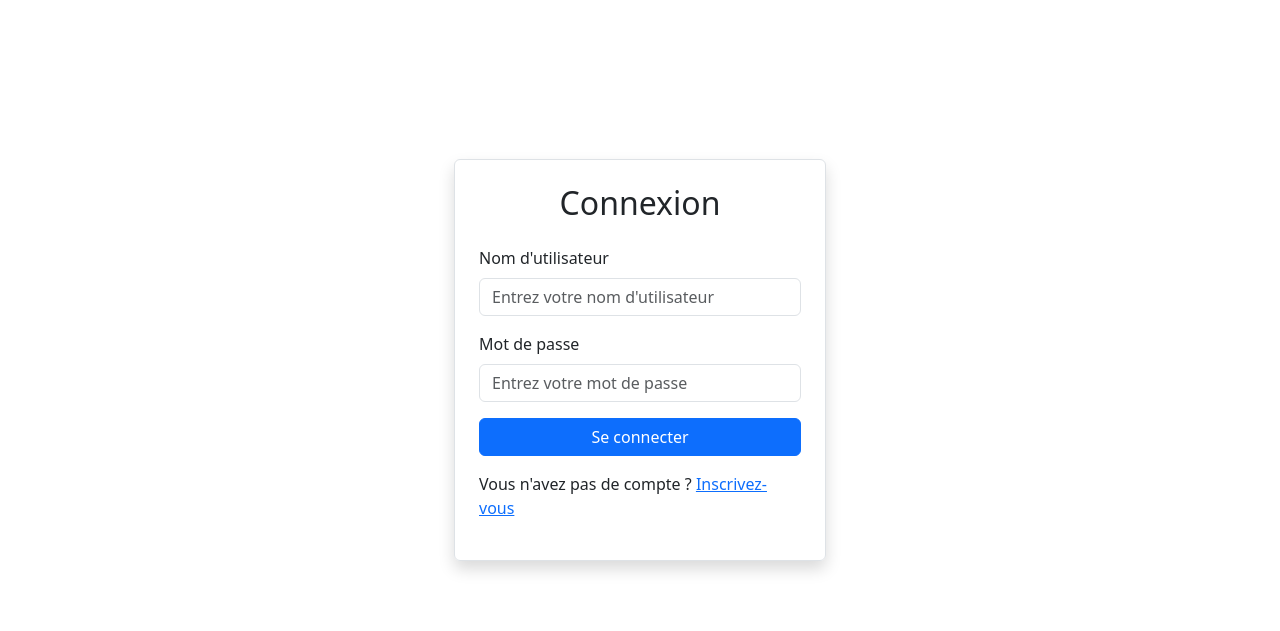
Repository: Johnlutala/Gestion_de_bibliotheque
Page: templates/security/login.html.twig
The author's editor kept a copy of each file at every save. The page is drawn from the files as they stood at one save, then again after the next save.
The browser window is 1280 px wide. The pictures show the whole page.
The page is a Twig template of a Symfony application; nobody is signed in and links lead nowhere. The template is opened directly, without the code that normally fills it, so the values that code supplies are empty.

Above is the page before, as saved 2026-02-11 14:56:00.

After the next save:
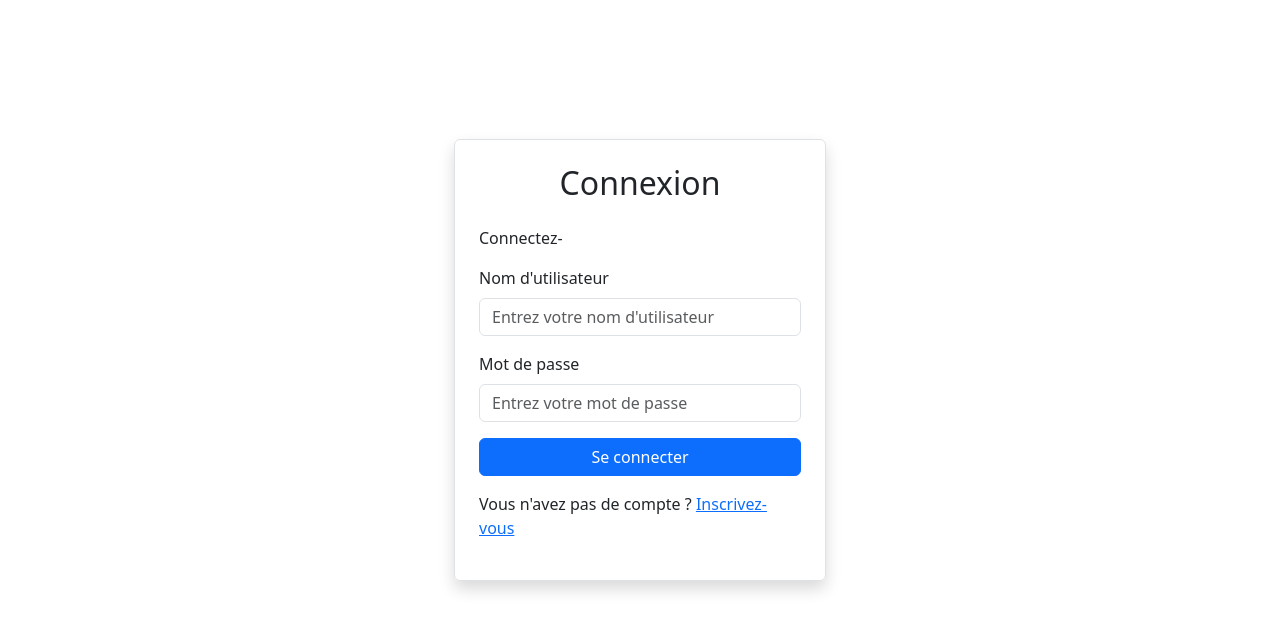
Saved 4 s later.
--- a/templates/security/login.html.twig
+++ b/templates/security/login.html.twig
@@ -18,7 +18,7 @@
   <div class="col-md-4">
     <form class="border p-4 rounded shadow w-100">
       <h2 class="text-center mb-4">Connexion</h2>
-        <p></p>
+        <p>Connectez-</p>
       <!-- Champ username -->
       <div class="mb-3">
         <label for="username" class="form-label">Nom d'utilisateur</label>
